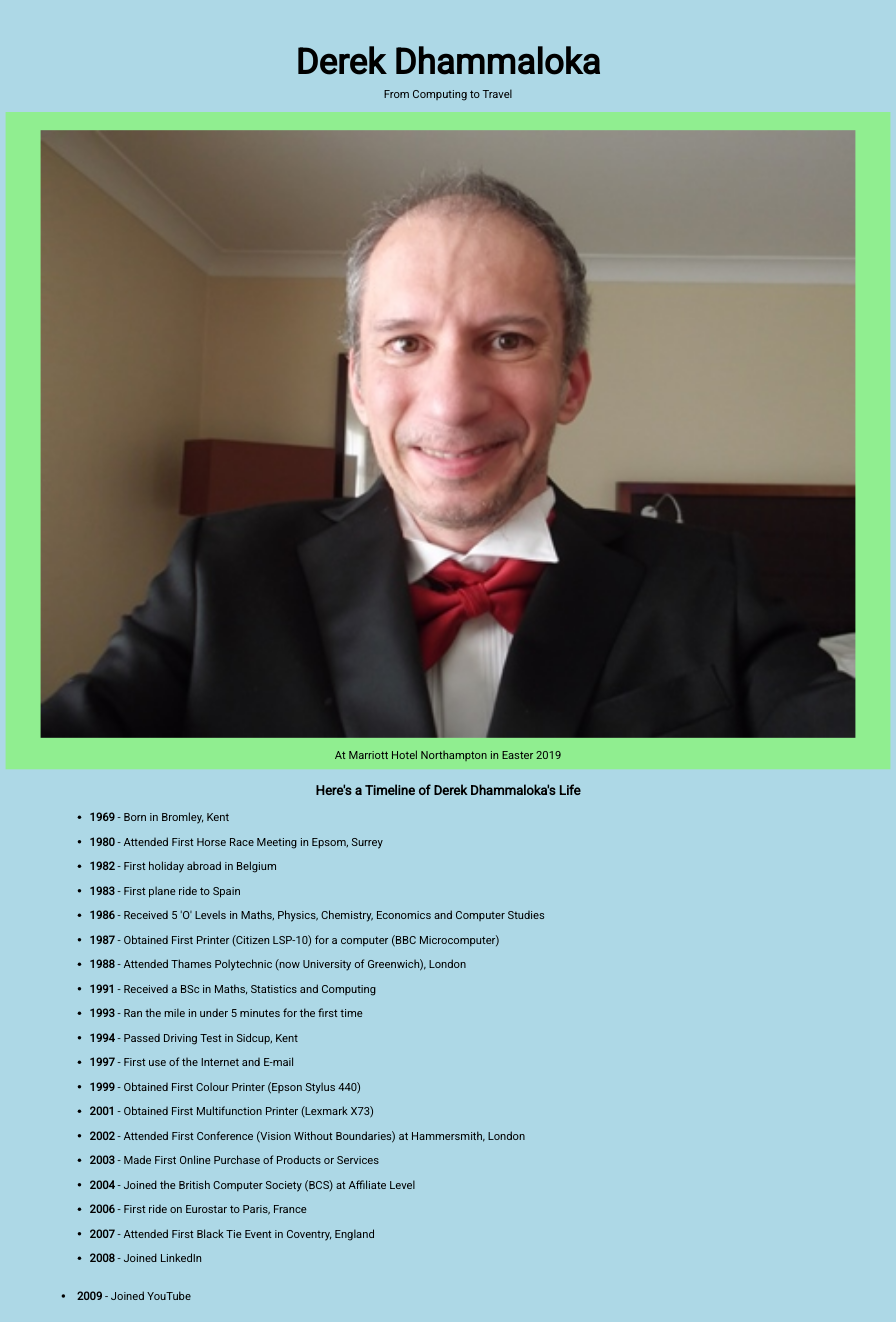
Repository: derektypist/tribute-page
Page: index.html
The author's editor kept a record of every edit. The page is drawn from the files as they stood at one moment, then again after the next edit.
The browser window is 1280 px wide. The pictures show the whole page, at 70% of full size.

Above is the page before.

After the next edit:
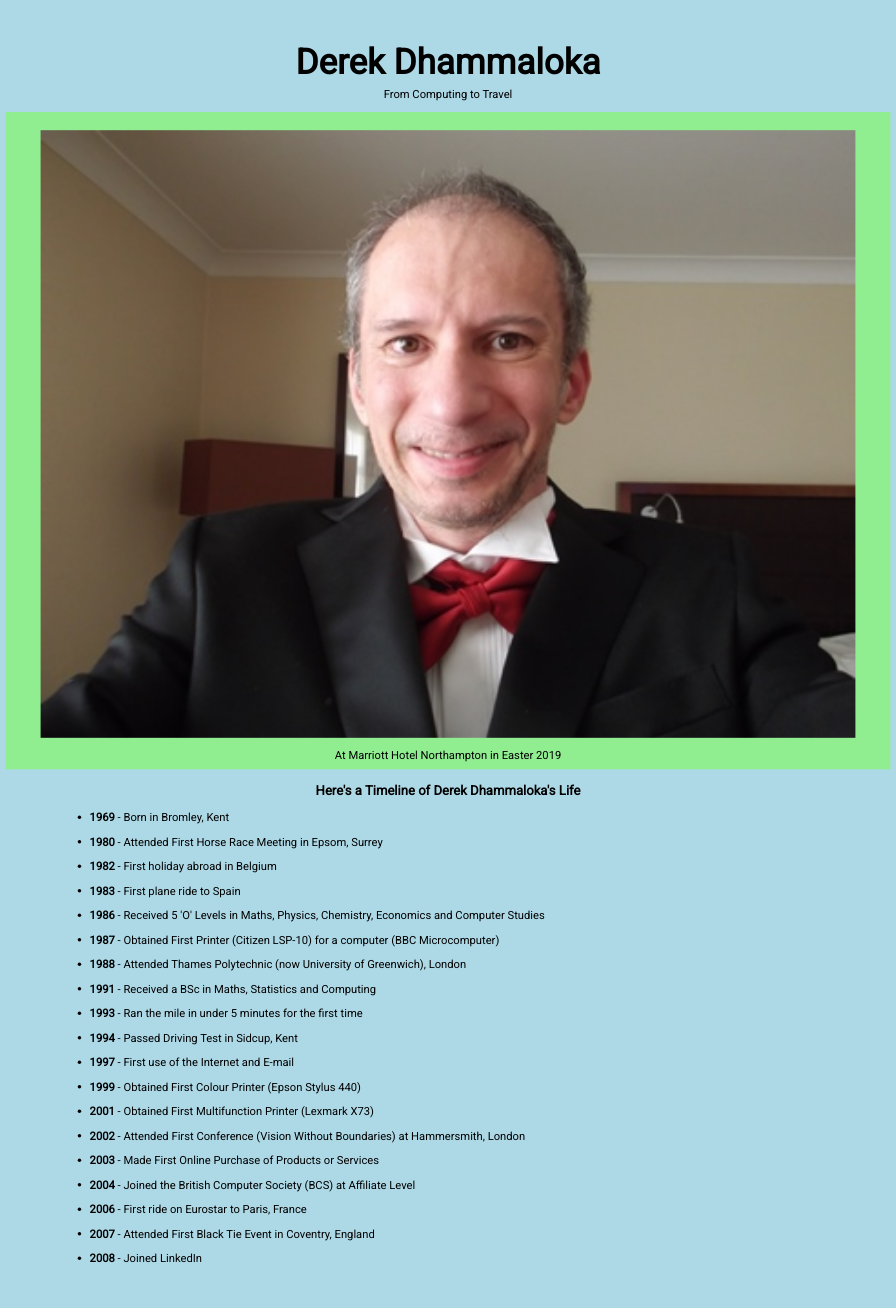
The edit:
--- a/index.html
+++ b/index.html
@@ -177,7 +177,7 @@
 
                 </ul>
                 <br>
-                <li><strong>2009 </strong>- Joined YouTube</li>
+
                 <br>
             </article>
         </section>
